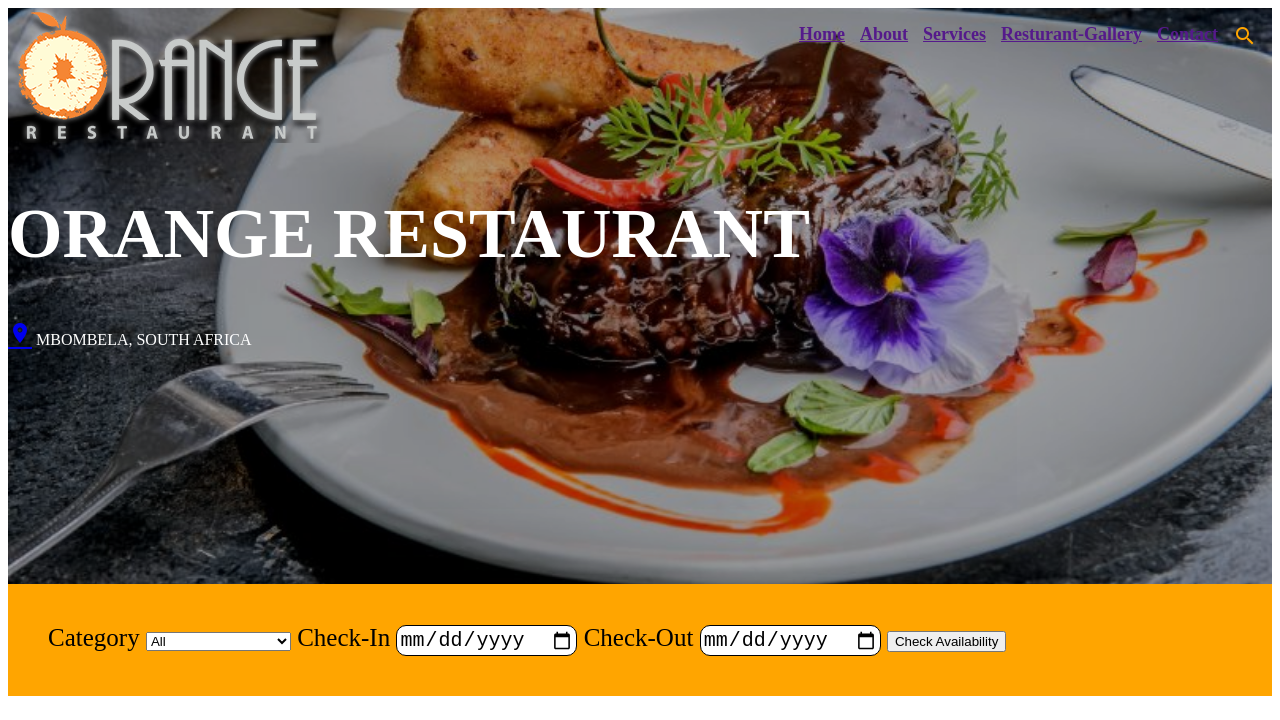
Repository: KaraboM20/KaraboUpdatedProjectOrang-Rest
Page: index.html
The author's editor kept a copy of each file at every save. The page is drawn from the files as they stood at one save, then again after the next save.
The browser window is 1280 px wide. The pictures show the whole page.

Above is the page before, as saved 2024-11-21 16:03:33.

After the next save:
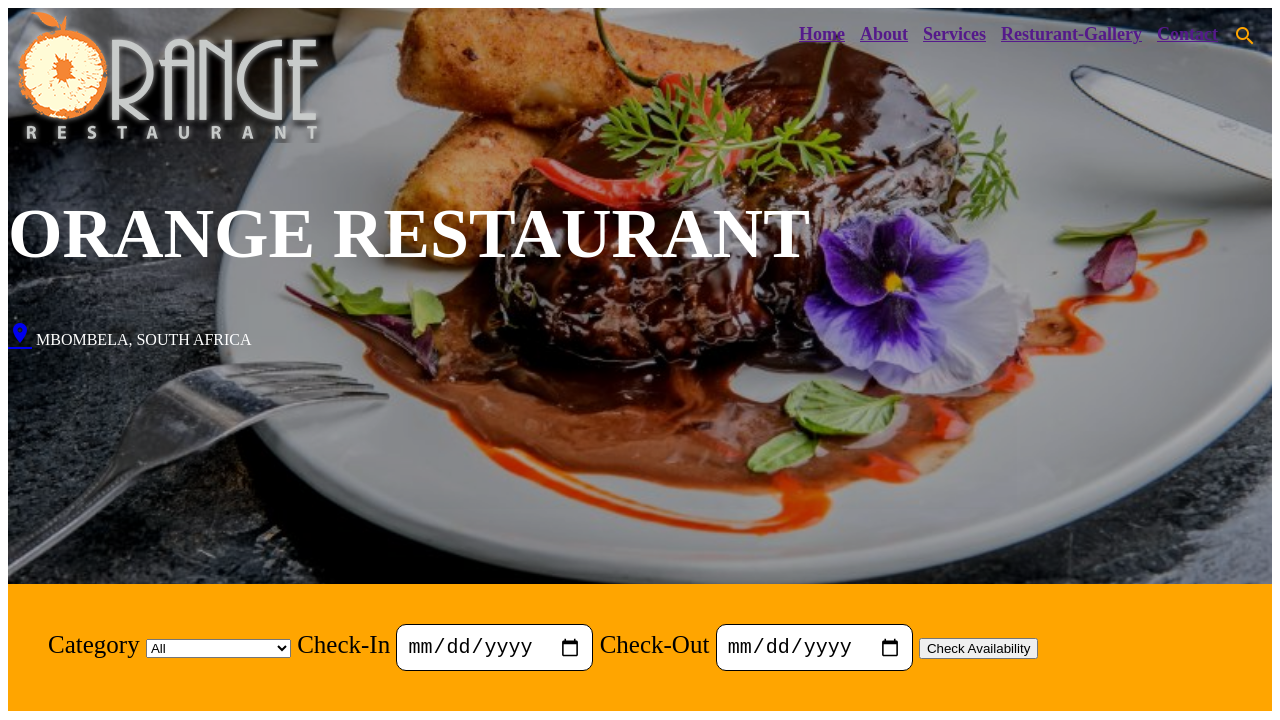
Saved 6 s later.
--- a/style.css
+++ b/style.css
@@ -74,5 +74,5 @@ h1 {
     font-size: 20px;
     border: 1px solid black;
     border-radius: 10px;
-    padding: 2px;
+    padding: 10px;
 }
